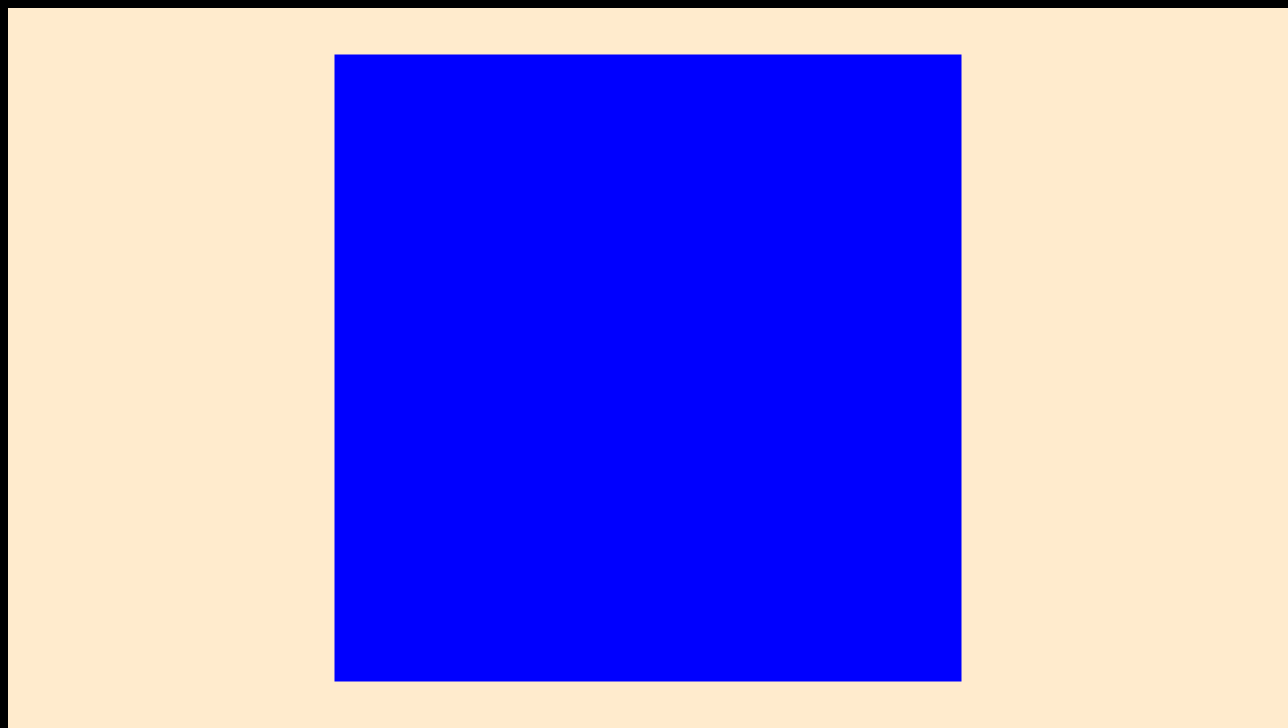
Repository: DorivalJunior14/Projeto-social
Page: index.html
An editor plug-in stored every save of this project. The page is shown before and after a run of saves, followed by the edit.
The browser window is 1280 px wide. The page is 1288 px wide, so the pictures cover 1288 px, including what lies to the right of the window. The pictures show the whole page.

Above is the page before, as saved 2022-06-24 12:37:40.

After the next 2 saves:
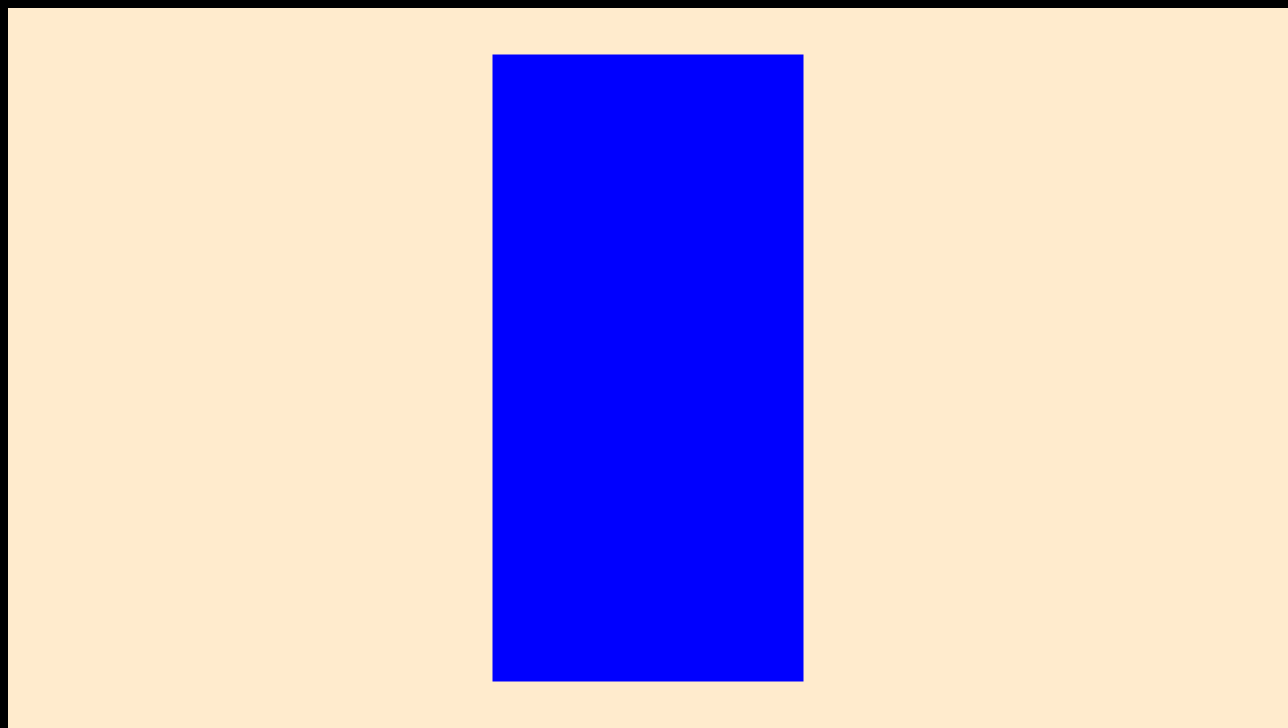
The 2 saves are shown as one change because they came seconds apart.
The last was saved 7 s later.
--- a/estilos/style.css
+++ b/estilos/style.css
@@ -25,7 +25,7 @@ section#telefone {
     left: 50%;
     transform: translate(-50%,-50%);
     height: 627px;
-    width: 627px;
+    width: 311px;
     background-color: blue;
     background: url(".../'imagens/frame-iphone.png');
     transform: translate(-50%,-50%);
